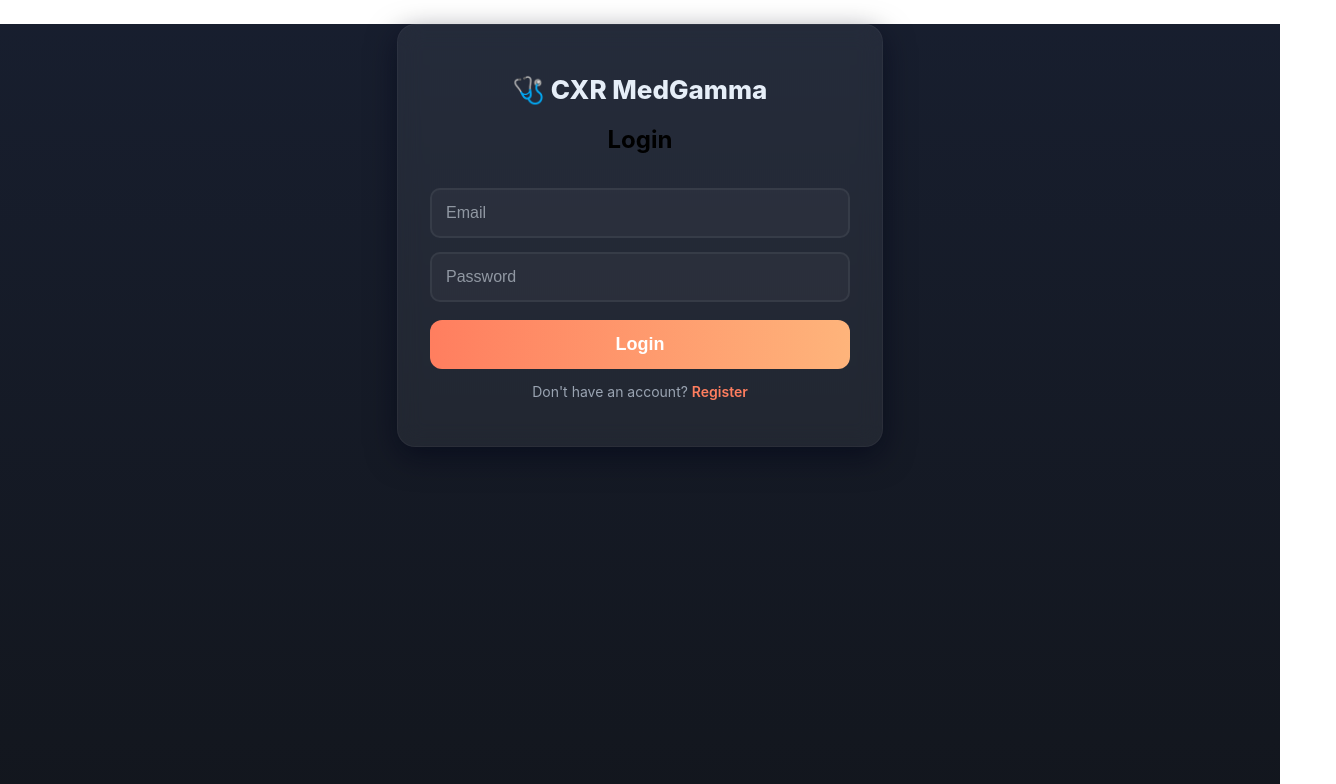
Repository: G-725/cxr-rrg
Page: / (app in my-react-app/)
The author's editor kept a copy of each file at every save. The page is drawn from the files as they stood at one save, then again after the next save.
The browser window is 1280 px wide. The page is 1280 px wide, then 1336 px, then 1280 px, so the pictures cover 1336 px, including what lies to the right of the window. The pictures show the whole page.
The project was rebuilt for these pictures with package versions that can differ from the ones it lists, and the page was loaded fresh each time. Also part of the build but not shown: my-react-app/src/pages/Register.js, my-react-app/src/pages/UserDashboard.js. Imported but missing from the stored project, and not drawn on this page: my-react-app/src/api, my-react-app/src/pages/DoctorDashboard.

Above is the page before, as saved 2025-11-29 15:19:10.

After the next save:
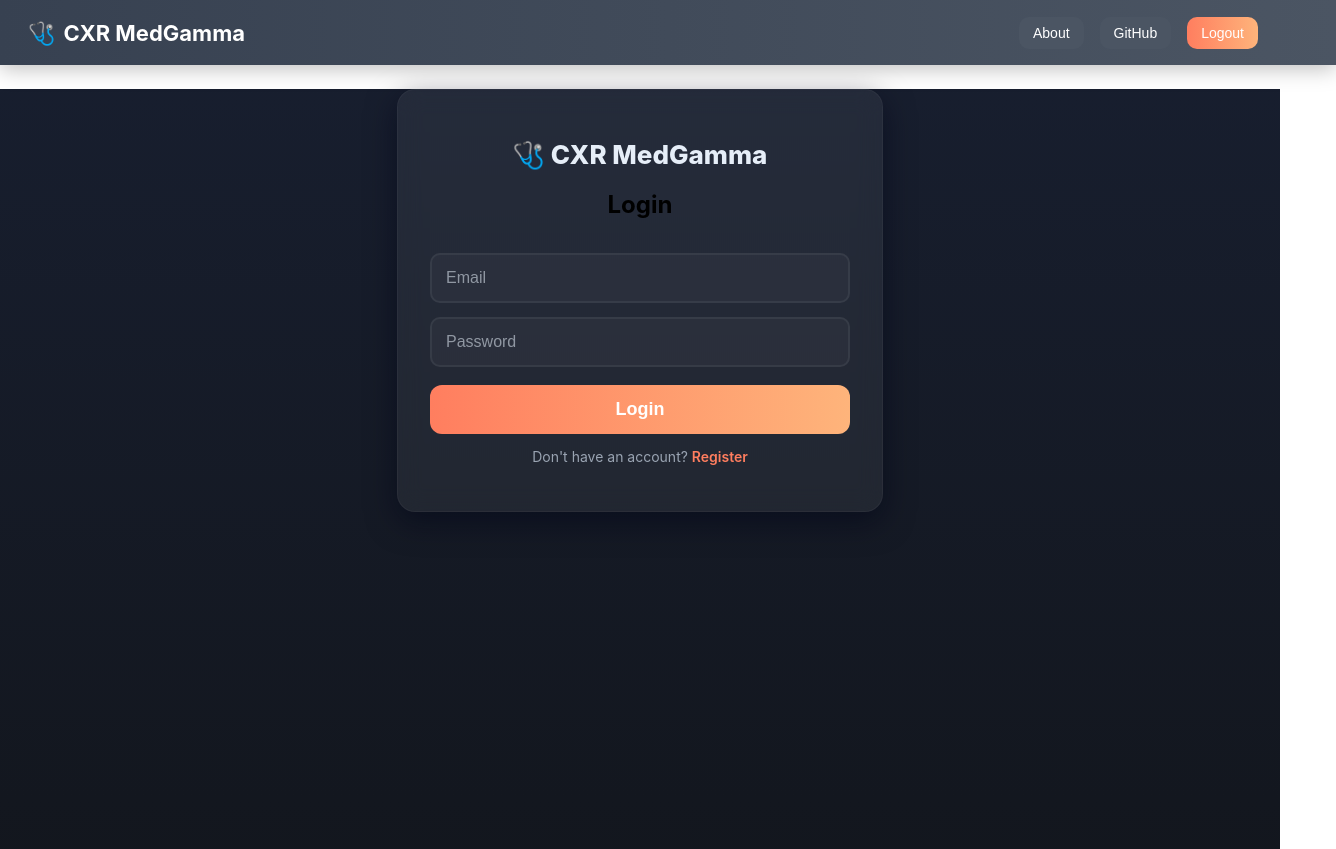
Saved 2 min 17 s later.
--- a/my-react-app/src/App.js
+++ b/my-react-app/src/App.js
@@ -3,11 +3,15 @@
 import Register from "./pages/Register";
 import UserDashboard from "./pages/UserDashboard";
 import DoctorDashboard from "./pages/DoctorDashboard";
+import Navbar from "./components/Navbar";
+
 
 function App() {
   return (
     <BrowserRouter>
+      <Navbar />
       <Routes>
+
         <Route path="/" element={<Login />} />
         <Route path="/register" element={<Register />} />
         <Route path="/user" element={<UserDashboard />} />

After the save that followed:
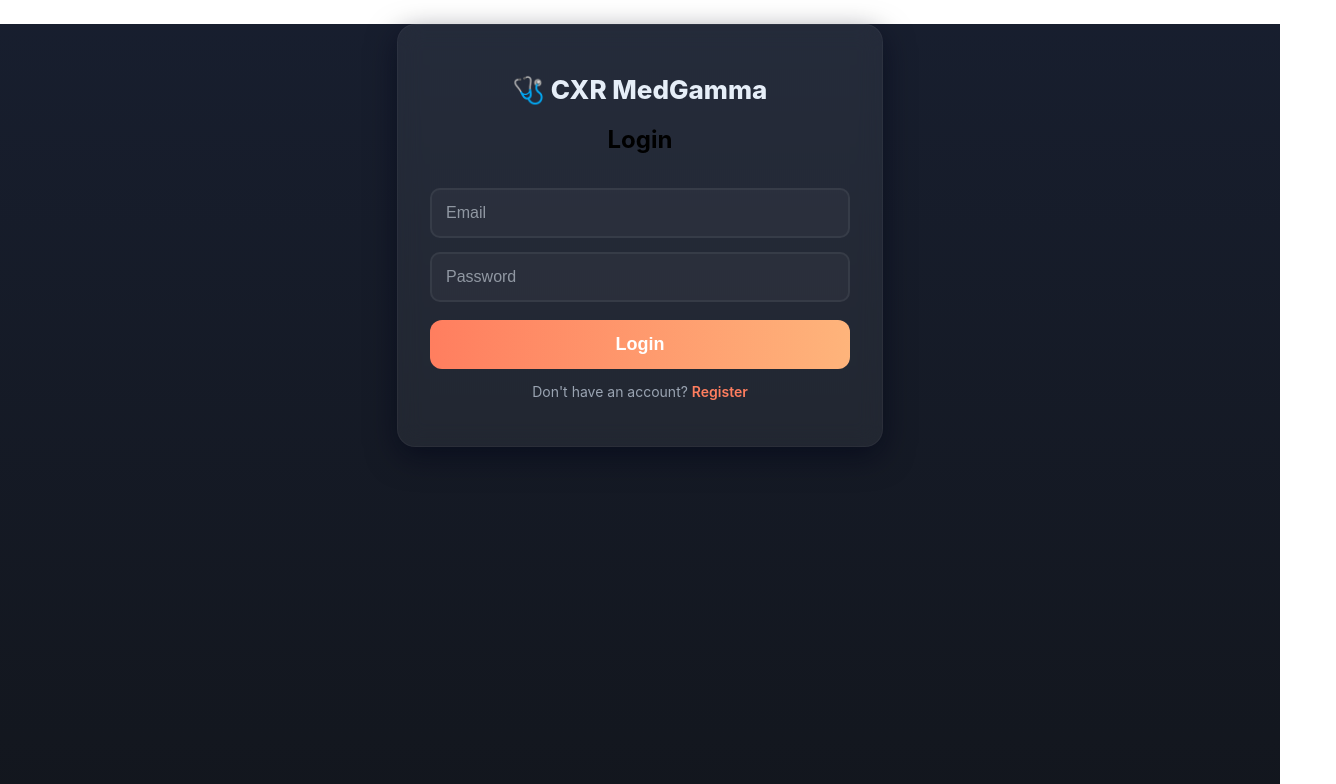
Saved 6 min 22 s later.
--- a/my-react-app/src/App.js
+++ b/my-react-app/src/App.js
@@ -2,20 +2,14 @@
 import Login from "./pages/Login";
 import Register from "./pages/Register";
 import UserDashboard from "./pages/UserDashboard";
-import DoctorDashboard from "./pages/DoctorDashboard";
-import Navbar from "./components/Navbar";
-
 
 function App() {
   return (
     <BrowserRouter>
-      <Navbar />
       <Routes>
-
         <Route path="/" element={<Login />} />
         <Route path="/register" element={<Register />} />
-        <Route path="/user" element={<UserDashboard />} />
-        <Route path="/doctor" element={<DoctorDashboard />} />
+        <Route path="/dashboard" element={<UserDashboard />} />
       </Routes>
     </BrowserRouter>
   );
